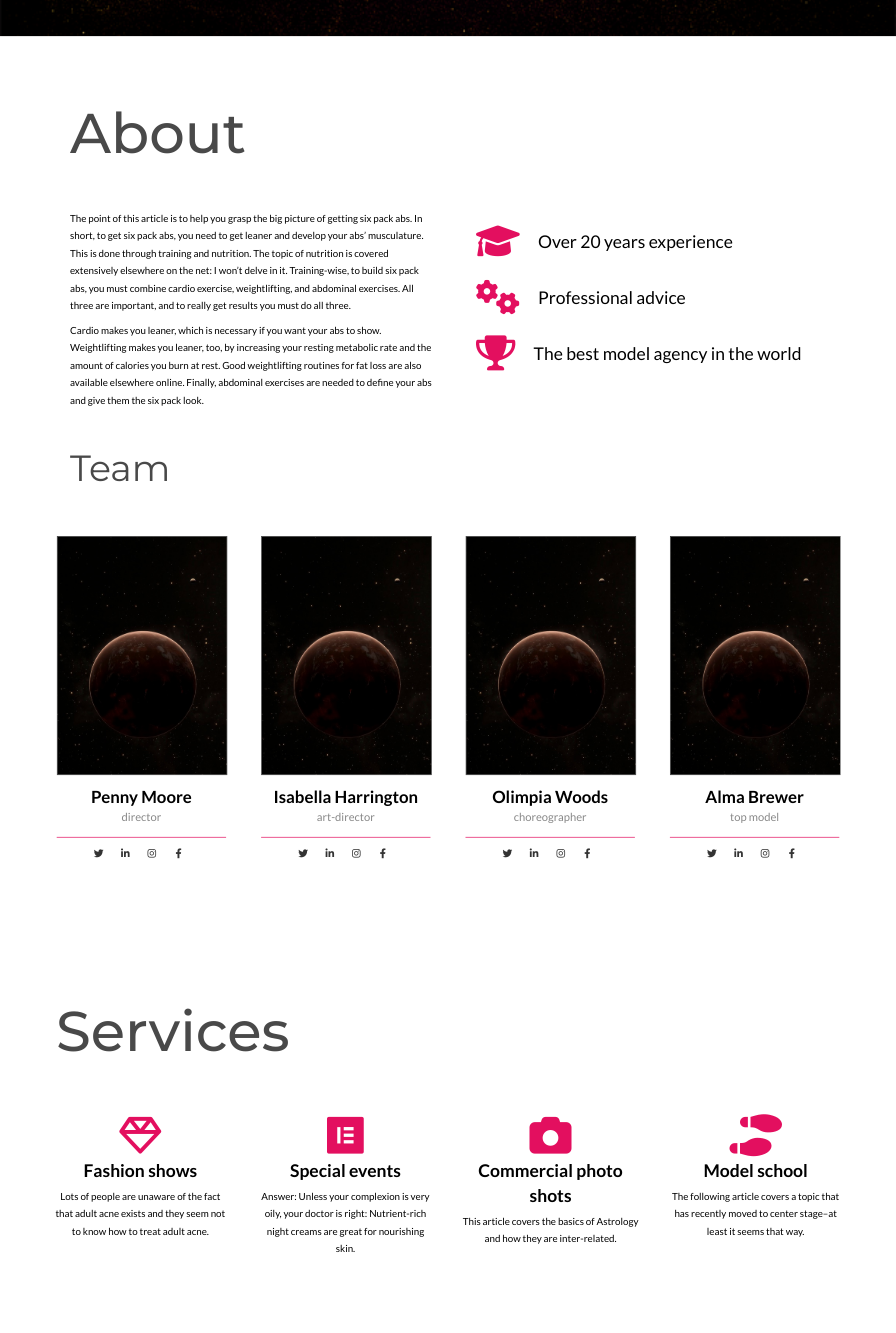
Repository: soniaarefin/cosmo
Page: index.html
These files come from the project's save history. The page is drawn as it stood at one moment and after a run of saves; the edit follows.
The browser window is 1280 px wide. The pictures show the part of the page from y = 661 to 2581 px (the page is 2565 px tall before and 2581 px after), at 70% of full size.

Above is the page before, as saved 2021-11-09 21:43:36.

### index.html
<!DOCTYPE html>
<html lang="en">
<head>
    <meta charset="UTF-8">
    <meta http-equiv="X-UA-Compatible" content="IE=edge">
    <meta name="description" content="&amp;lt;p&amp;gt;&amp;lt;strong&amp;gt;Cosmo&amp;lt;/strong&amp;gt; — is a clean, modern template that is suitable for &amp;l...">
    <meta name="keywords" content="HTML, CSS, JavaScript">
    <meta name="robots" content="noindex, nofollow" />
    <meta name="author" content="Sonia Arefin" >
    <meta name="viewport" content="width=device-width, initial-scale=1.0">
    <!-- <meta http-equiv="refresh" content="30" url="http://www.google.com"> -->
    <meta http-equiv = "cookie" content = "userid = xyz; expires = Wednesday, 20-Oct-21 23:59:59 GMT;" />
    <meta http-equiv = "Content-Type" content = "text/html; charset = UTF-8" />
    <!-- Title -->
    <title>Cosmo</title>
    <!-- CSS Links-->

    <!-- Fontawesome Links -->
    <link rel="stylesheet" href="https://cdnjs.cloudflare.com/ajax/libs/font-awesome/6.0.0-beta2/css/all.min.css">
    <!-- Google Fonts -->
    <link rel="preconnect" href="https://fonts.googleapis.com">
    <link rel="preconnect" href="https://fonts.gstatic.com" crossorigin>
    <link href="https://fonts.googleapis.com/css2?family=Lato:ital,wght@0,100;0,300;0,400;0,700;0,900;1,100;1,300&family=Montserrat:ital,wght@0,100;0,200;0,300;0,400;0,500;0,700;0,800;0,900;1,100;1,200;1,300;1,400&display=swap" rel="stylesheet">
    <!-- Custom CSS-->
    <link rel="stylesheet" href="assets/css/base.css">
    <link rel="stylesheet" href="assets/css/style.css">
    <link rel="stylesheet" href="assets/css/custom.css">
    <link rel="stylesheet" href="assets/css/responsive.css">
</head>
<body>
    <!-- Page Header Starts -->
    <header class="header">
        <div class="container">
            <nav class="nav-bar">
                <div class="wrapper-logo">
                    <a class="logo" href="index.html">
                        <span class="logo__heading">Cosmo</span><span class="logo__subheading">Model Agency</span>
                    </a>
                </div>
                <div class="wrapper-menu">
                    <ul class="menu-bar"><a class="menu-responsive-button" href="#"></a>
                        <li class="dropdown"><a class="dropbtn" href="#">Home</a>
                            <!-- <div class="dropdown-content">
                                <a href="#">Home Link 1</a>
                                <a href="#">Home Link 2</a>
                                <a href="#">Home Link 3</a>
                            </div> -->
                        </li>
                        <li class="dropdown"><a class="dropbtn" href="#">Projects</a>
                            <div class="dropdown-content">
                                <a href="#">Projects Link 1</a>
                                <a href="#">Projects Link 2</a>
                                <a href="#">Projects Link 3</a>
                            </div>
                        </li>
                        <li class="dropdown"><a class="dropbtn" href="casting.html">Casting</a>
                        </li>
                        <li class="dropdown"><a class="dropbtn" href="models.html">Models</a>
                        </li>
                        <li class="dropdown"><a class="dropbtn" href="blog.html">Blog</a>
                        </li>
                    </ul>
                </div>
            </nav>
        </div>
    </header>
    <!-- Page Header Ends -->
    <!-- Page Main Starts -->
    <main class="page-main">
        <!-- Section Intro Starts -->
        <section class="page-section page-section_intro intro-img">
            <div class="container">
                <div class="row">
                    <div class="col-25"></div>
                    <div class="col-50 section-intro" >
                        <header class="page-section_intro_header">
                            <span class="section-intro_span">MODEL AGENCY</span>
                            <hr class="divider">
                            <h1 class="page-section_intro_header_h1">Cosmo</h1>
                        </header>
                        <p class="section-intro_txt">Most people feel they have some basic flaws with their appearance, and the truth is that the stars are no exception.</p>
                        <div class="page-section_intro__btn">
                            <a class="page-section_intro__btn_btn button" href="#">Learn more</a>
                        </div>
                    </div>
                    <div class="col-25"></div>
                </div>
            </div>
        </section>
        <!-- Section Intro Ends -->
        <!-- Section About Starts -->
        <section class="page-section page-section-about">
            <div class="container">
                <div class="row">
                    <div class="col-100 section-about">
                        <h1 class="section-h1">About</h1>
                    </div>
                </div>
                <div class="row">
                    <div class="col-50 section-about_paragraph">
                        <p>The point of this article is to help you grasp the big picture of getting six pack abs. In short, to get six pack abs, you need to get leaner and develop your abs’ musculature. This is done through training and nutrition. The topic of nutrition is covered extensively elsewhere on the net: I won’t delve in it. Training-wise, to build six pack abs, you must combine cardio exercise, weightlifting, and abdominal exercises. All three are important, and to really get results you must do all three.</p>
                        <p>Cardio makes you leaner, which is necessary if you want your abs to show.  Weightlifting makes you leaner, too, by increasing your resting metabolic rate and the amount of calories you burn at rest. Good weightlifting routines for fat loss are also available elsewhere online. Finally, abdominal exercises are needed to define your abs and give them the six pack look.</p>
                    </div>
                    <div class="col-50 section-about_list_item">
                        <ul class="section-about_list">
                            <li class="about_list"><i class="fas fa-graduation-cap about-icon"></i><span class="about-list_span">Over 20 years experience</span></li>
                            <li class="about_list"><i class="fas fa-cogs about-icon"></i><span class="about-list_span">Professional advice</span></li>
                            <li class="about_list"><i class="fas fa-trophy about-icon"></i><span class="about-list_span">The best model agency in the world</span></li>
                        </ul>
                    </div>
                </div>
                <div class="col-100 mt-50 ">
                    <h3 class="h3">Team</h3>
                </div>
                <div class="mb-90">
                    <!-- <div class="col-25 team-member-wrapper">
                        <img class="team-member img-responsive" src="assets/images/abstract-g.png" alt="cosmo">
                    </div> -->
                    <div class="team-grid_container team-member-wrapper">
                        <!-- Team Member 1 -->
                        <div class="team-member1">
                            <img class="grid-item img-responsive team-member" src="assets/images/galaxy-n.jpg" alt="cosmo"><span class="team-member_name">Penny Moore</span><span class="team-member_designation">director</span>
                            <hr class="divider">
                            <ul class="team-social_icons">
                                <li class="social-icon"><a class="icon-twitter link-social-icon" href="#"><i class="fab fa-twitter"></i></a></li>
                                <li class="social-icon"><a class="icon_linkedin link-social-icon" href="#"><i class="fab fa-linkedin-in"></i></a></li>
                                <li class="social-icon"><a class="icon_instagram link-social-icon" href="#"><i class="fab fa-instagram"></i></a></li>
                                <li class="social-icon"><a class="icon_facebook link-social-icon" href="#"><i class="fab fa-facebook-f"></i></a></li>
                            </ul>
                        </div>
                        <!-- Team Member 1 -->
                        <!-- Team Member 2 -->
                        <div class="team-member2">
                            <img class="grid-item img-responsive team-member" src="assets/images/galaxy-n.jpg" alt="cosmo"><span class="team-member_name">Isabella Harrington</span><span class="team-member_designation">art-director</span>
                            <hr class="divider">
                            <ul class="team-social_icons">
                                <li class="social-icon"><a class="icon-twitter link-social-icon" href="#"><i class="fab fa-twitter"></i></a></li>
                                <li class="social-icon"><a class="icon_linkedin link-social-icon" href="#"><i class="fab fa-linkedin-in"></i></a></li>
                                <li class="social-icon"><a class="icon_instagram link-social-icon" href="#"><i class="fab fa-instagram"></i></a></li>
                                <li class="social-icon"><a class="icon_facebook link-social-icon" href="#"><i class="fab fa-facebook-f"></i></a></li>
                            </ul>
                        </div>
                        <!-- Team Member 2 -->
                        <!-- Team Member 3 -->
                        <div class="team-member3">
                            <img class="grid-item img-responsive team-member" src="assets/images/galaxy-n.jpg" alt="cosmo"><span class="team-member_name">Olimpia Woods</span><span class="team-member_designation">choreographer</span>
                            <hr class="divider">
                            <ul class="team-social_icons">
                                <li class="social-icon"><a class="icon-twitter link-social-icon" href="#"><i class="fab fa-twitter"></i></a></li>
                                <li class="social-icon"><a class="icon_linkedin link-social-icon" href="#"><i class="fab fa-linkedin-in"></i></a></li>
                                <li class="social-icon"><a class="icon_instagram link-social-icon" href="#"><i class="fab fa-instagram"></i></a></li>
                                <li class="social-icon"><a class="icon_facebook link-social-icon" href="#"><i class="fab fa-facebook-f"></i></a></li>
                            </ul>
                        </div>
                        <!-- Team Member 3 -->
                        <!-- Team Member 4 -->
                        <div class="team-member4">
                            <img class="grid-item img-responsive team-member" src="assets/images/galaxy-n.jpg" alt="cosmo"><span class="team-member_name">Alma Brewer</span><span class="team-member_designation">top model</span>
                            <hr class="divider">
                            <ul class="team-social_icons">
                                <li class="social-icon"><a class="icon-twitter link-social-icon" href="#"><i class="fab fa-twitter"></i></a></li>
                                <li class="social-icon"><a class="icon_linkedin link-social-icon" href="#"><i class="fab fa-linkedin-in"></i></a></li>
                                <li class="social-icon"><a class="icon_instagram link-social-icon" href="#"><i class="fab fa-instagram"></i></a></li>
                                <li class="social-icon"><a class="icon_facebook link-social-icon" href="#"><i class="fab fa-facebook-f"></i></a></li>
                            </ul>
                        </div>
                        <!-- Team Member 4 -->
                    </div>
                </div>
            </div>
        </section>
        <!-- Section About Ends -->
        <!-- Section Services Starts -->
        <section class="page-section">
            <div class="container">
                <div class="section-services">
                    <h1 class="section-h1">Services</h1>
                </div>
                <div class="services-grid_container">
                    <div class="services-grid_item">
                        <i class="services-icon fa-regular fa-gem"></i>
                        <span class="services-span">Fashion shows</span>
                        <p class="service-paragraph">Lots of people are unaware of the fact that adult acne exists and they seem not to know how to treat adult acne.</p>
                    </div>
                    <div class="services-grid_item">
                        <i class="services-icon fab fa-elementor"></i>
                        <span class="services-span">Special events</span>
                        <p class="service-paragraph">Answer: Unless your complexion is very oily, your doctor is right: Nutrient-rich night creams are great for nourishing skin.</p>
                    </div>
                    <div class="services-grid_item">
                        <i class="services-icon fas fa-camera"></i>
                        <span class="services-span">Commercial photo shots</span>
                        <p class="service-paragraph">This article covers the basics of Astrology and how they are inter-related.</p>
                    </div>
                    <div class="services-grid_item">
                        <i class="services-icon fa-solid fa-shoe-prints"></i>
                        <span class="services-span">Model school</span>
                        <p class="service-paragraph">The following article covers a topic that has recently moved to center stage–at least it seems that way.</p>
                    </div>
                </div>
            </div>
        </section>
        <!-- Section Services Ends -->
    </main>
    <!-- Page Main Ends -->
    <!-- Page Footer Starts -->
    <!-- Page Footer Starts -->
    <!-- JS links -->
    <!-- JS links -->
    <!-- Custom JS -->
    <!-- Custom JS -->
</body>
</html>

### assets/css/style.css
.header {
    background-color: black;
    /* z-index: 300; */
}

/* logo */

.wrapper-logo {
    display: inline-block;
    padding: 17px 0px;
}
.logo__heading {
    display: block;
    font-family: 'Montserrat', sans-serif;
    font-size: 30px;
    line-height: 1;
    font-weight: 700;
    color: #e30f5f;
    margin-bottom: 5px;
}
.logo__subheading {
    display: block;
    font-size: 12px;
    line-height: 1;
    letter-spacing: 1px;
    font-weight: 300;
    text-transform: uppercase;
    color: #888;
}

/* Navigation Bar */
.nav-bar {
    display: flex;
    justify-content: space-between;
    /* -webkit-box-pack: justify;  */
}


/* li a, .dropbtn {
    position: relative;
    display: inline-block;
    color: white;
    text-align: center;
    /* padding: 14px 16px; */
    /* text-decoration: none; */
    /* padding: 28px 0px;
    margin: 0px 20px;
    font-size: 18px;
    font-family: 'Lato', sans-serif;
    letter-spacing: 1px;
    font-weight: 400; */
    /* text-transform: uppercase; */
    /* overflow: hidden; */
/* } */


.dropdown a {
    position: relative;
    display: inline-block;
    color: white;
    text-align: center;
    /* padding: 14px 16px; */
    text-decoration: none;
    padding: 28px 0px;
    margin: 0px 20px;
    font-size: 18px;
    font-family: 'Lato', sans-serif;
    letter-spacing: 1px;
    font-weight: 400;
    /* text-transform: uppercase; */
    /* overflow: hidden; */
}
.dropbtn:hover {
    text-align: center;
    visibility: visible;
    display: block;
    /* position: relative; */
}
li.dropdown {
    display: inline-block;
}
.dropdown-content {
    display: none;
    position: absolute;
    background-color: #331a24;
    /* min-width: 160px; */
    box-shadow: 0px 8px 16px 0px rgba(0,0,0,0.2);
    z-index: 100;
    border-bottom: 3px solid #e30f5f;

}
.dropdown-content a {
    display: block;
    min-width: 160px;
    /* background: #e30f5f; */
    /*position: absolute; */
    top: 100%;
    left: 0;
    z-index: 100;
    padding: 20px 15px;
    -webkit-transition: all 0.4s ease-in-out;
    transition: all 0.4s ease-in-out;
    /* opacity: 0; */
    /* visibility: hidden; */
    -webkit-transform: translateY(5px);
    -ms-transform: translateY(5px);
    transform: translateY(5px);
}
.dropdown-content a:hover {
    margin: 0;
    padding: 18px 15px;
    background-color: #e30f5f;
    opacity: 1;
    color: white;
    /* visibility: visible; */
}
.dropdown:hover .dropdown-content {
    display: block;
}

/* link Menu Hover */

.dropbtn:before {
    content: '';
    position: absolute;
    left: 0;
    bottom: 25px;
    display: block;
    width: 100%;
    height: 1px;
    background: #e30f5f;
    -webkit-transform: translateX(-100%);
    -ms-transform: translateX(-100%);
    transform: translateX(-100%);
    -webkit-transition: all 0.4s ease-in-out;
    transition: all 0.4s ease-in-out;
    opacity: 0;
}
.dropbtn:hover:before {
    -webkit-transform: translateX(0);
    -ms-transform: translateX(0);
    transform: translateX(0);
    opacity: 1;
}

/* Section Common CSS */

section{
    padding: 60px 0px;
}
.page-main {
    background-color: #fff;
}
.page-section{
    position: relative;
    padding: 90px 0px;
    z-index: 10;
}

/* Section Intro */

.intro-img {
    background-image: url(../images/abstract-g.png);
    background-size: cover;
    background-repeat: no-repeat;
    background-position: 50%;
    /* filter: drop-shadow(); */
}
/* .card-overlay{
    position: relative;
}
.card-overlay:after {
    content:'';
    position:absolute;
    left:0px;
    top:0px;
    width:100%;
    height:100%;
    background: rgba(0, 0, 0, 0.7);
} */
.section-intro_span {
    color: #fff;
    text-align: left;
    font-size: 16px;
    line-height: 1;
    letter-spacing: 2px;
}
.page-section_intro_header {
    text-align: left;
}
.page-section_intro_header_h1 {
    /* display: block; */
    font-size: 150px;
    color: #e30f5f;
    font-family: 'Montserrat', sans-serif;
    font-weight: 500;
    margin-top: -5px;
    margin-bottom: 40px;
    line-height: 1;
}
.section-intro_txt {
    color: #fff;
    font-size: 24px;
    text-align: center;
    line-height: 1.5;
}
.page-section_intro__btn {
    margin-top: 70px;
    text-align: center;
    /* z-index: 500; */
}
.page-section_intro__btn_btn {
    margin: 0 auto;
}

/* Section About */

.page-section-about {
    padding-top: 90px;
    padding-bottom: 90px;
}
.section-h1 {
    display: block;
    color: #494949;
    font-size: 80px;
    font-weight: 500;
    margin-bottom: 60px;
}
.section-about_paragraph {
    padding-left: 0;
    padding-right: 0;
}

/* About list */

.section-about_list_item {
    justify-content: center;
}
.section-about_list {
    /* display: block;
    width: 100%; */
    padding-left: 20px;
    padding-right: 20px;
    padding-top: 20px;
    justify-content: center;
}
.about_list {
    display: block;
    width: 100%;
    padding-bottom: 30px;
}
.about-list_span {
    display: table-cell;
    vertical-align: middle;
    padding-left: 6px;
    font-size: 25px;
    line-height: 1;
}
.about-icon {
    display: table-cell;
    vertical-align: middle;
    font-size: 50px;
    color: #e30f5f;
    padding-right: 20px;
}

/* Section About Team */

.team-member-wrapper {
    height: 379.391px;
    text-align: center;
}
.team-member {
    max-width: 100%;
    height: 200px;
    border: 1px solid rgba(204, 204, 204, 0.5);
}
.team-member_name {
    display: block;
    margin-top: 15px;
    font-weight: 700;
    font-size: 1.71429rem;
    line-height: 2.14286rem;
}
.team-member_designation {
    display: block;
    margin-bottom: 15px;
    font-size: 1.14286rem;
    line-height: 2rem;
    color: #888;
}
.team-grid_container {
    display: grid;
    grid-column-gap: 50px;
    grid-template-columns: 22% 22% 22% 22%;
    /* background-color: #2196F3; */
    padding: 10px;
    justify-content: center;
}

/* Social Icons */

.team-social_icons {
    position: relative;
    float: none;
    width: 160px;
    text-align: center;
    display: block;
    margin: 0 auto;
}
.social-icon {
    position: relative;
    display: inline-block;

}
.social-icon {
    position: relative;
    display: inline-block;
    text-align: center;
    width: 30px;
    height: 30px;
    -webkit-border-radius: 50%;
    border-radius: 50%;
    margin-right: 8px;
    -webkit-transition: all 0.4s ease-in-out;
    transition: all 0.4s ease-in-out;
}
.link-social-icon {
    display: inline-block;
    text-align: center;
    width: 100%;
    height: 100%;
    color: #333;
    font-size: 8;
    padding: 4px;
    z-index: 0;
}
.link-social-icon:hover {
    color: rgb(255, 255, 255);
    background-color: #e30f5f;
    border-radius: 50%;
    padding: 10px;
    width: 10px;
    height: 10px;
    text-align: center;
    text-decoration: none;
    transition: all 0.4s ease-in-out;
    transition-duration: 0.2s;
    z-index: -1;
}
/*.link-social-icon:after {
    content: '';
    display: inline-block;
    width: 100%;
    height: 100%;
    position: absolute;
    top: 0;
    left: 0;
    -webkit-border-radius: 50%;
    border-radius: 50%;
    background-color: #e30f5f;
    -webkit-transform: scale(0);
    -ms-transform: scale(0);
    transform: scale(0);
    opacity: 0;
    visibility: hidden;
    -webkit-transition: all 0.4s ease-in-out;
    transition: all 0.4s ease-in-out;
    -webkit-transition-duration: 0.2s;
    transition-duration: 0.2s;
    z-index: -1;
} */

/* section services */
.services-grid_container {
    display: grid;
    grid-column-gap: 40px;
    grid-template-columns: 23% 23% 23% 23%;
    /* background-color: #2196F3; */
    padding: 10px;
    justify-content: center;
}
.services-grid_item {
    background-color: rgba(255, 255, 255, 0.8);
    /* border: 1px solid rgba(0, 0, 0, 0.8); */
    /* padding: 20px; */
    font-size: 30px;
    text-align: center;
}
.section-services {
    display: block;
    /* padding-bottom: 90px; */
}
.service-container {
    text-align: center;
}
.service-paragraph {
    font-size: 14px;
    margin: 8px 0;
}
.services-icon {
    margin: 0 12px;
    display: block;
    font-size: 60px;
    color: #e30f5f;
    /* font-weight: 500; */
}
.services-span {
    font-size: 25px;
    line-height: 1;
    margin: 15px 0 8px;
    font-weight: 700;
    /* font-family: 'Montserrat', sans-serif; */
}

### assets/css/responsive.css
/* Custom, iPhone Retina */
@media only screen and (max-width: 320px) {
  /**/
}

/*==========  Mobile First Method  ==========*/
/* Custom, iPhone Retina */
@media only screen and (min-width: 320px) {
  /**/
}

/* Extra Small Devices, Phones */
@media only screen and (min-width: 480px) {
  /**/
}

/* Small Devices, Tablets */
@media only screen and (min-width: 768px) {
  /**/
}

/* Medium Devices, Desktops */
@media only screen and (min-width: 992px) {
  /**/
      /* .col-25 {
          width: 25%;
          float: left;
      } */
}

/* Large Devices, Wide Screens */
@media only screen and (min-width: 1200px) {
  /**/
}

Loaded but not shown: assets/css/custom.css (160 lines, source omitted); assets/css/base.css (53 lines, source omitted)

After the next 3 saves:
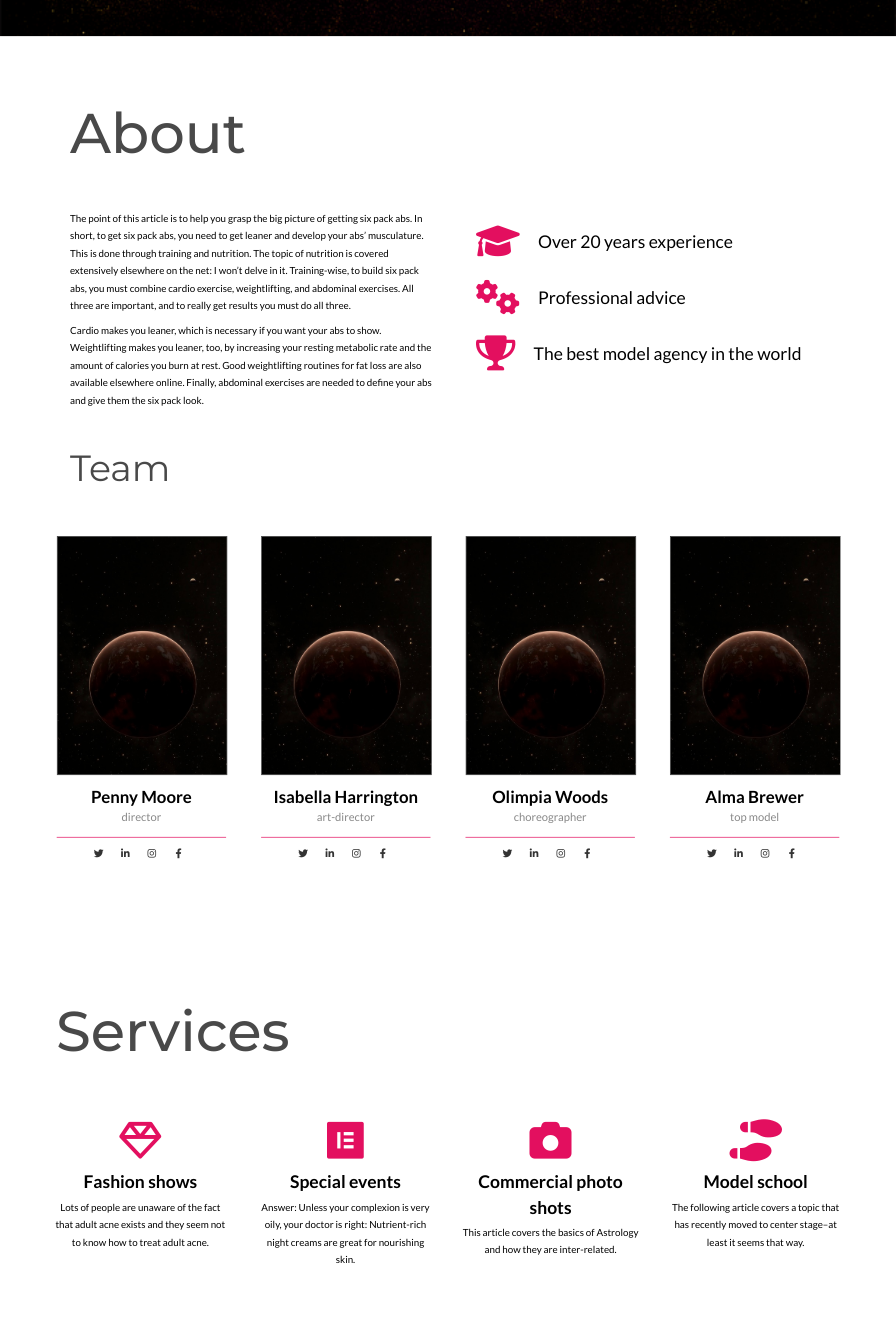
The 3 saves are shown as one change because they came seconds apart.
The last was saved 18 s later.
--- a/assets/css/style.css
+++ b/assets/css/style.css
@@ -399,7 +399,7 @@ section{
     margin: 8px 0;
 }
 .services-icon {
-    margin: 0 12px;
+    margin: 8px 12px;
     display: block;
     font-size: 60px;
     color: #e30f5f;
